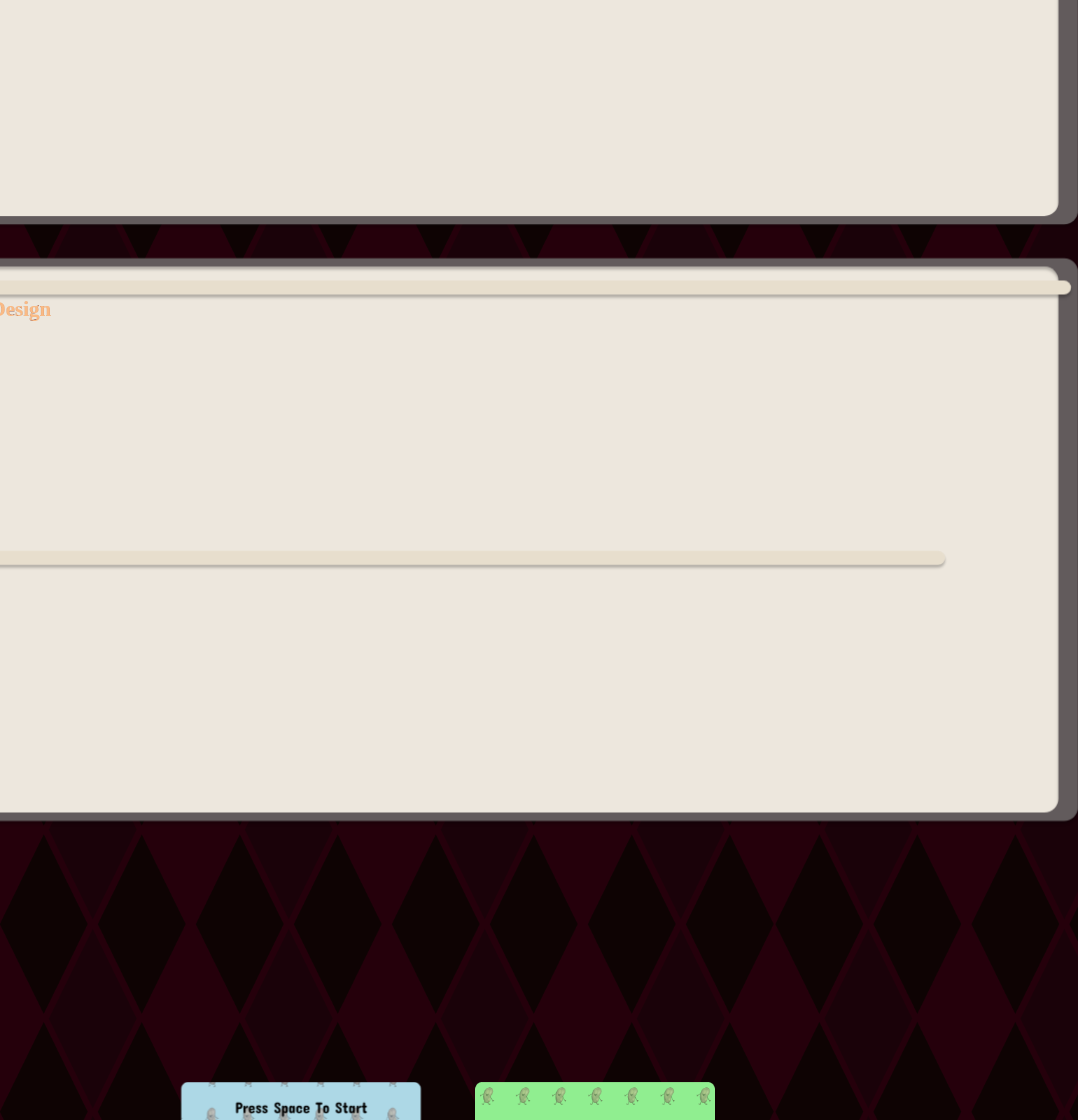
Repository: EMP-ChristinaC/Portfolio
Page: projects/potato-shuffle/potato.html
These files come from the project's save history. The page is drawn as it stood at one moment and after a run of saves; the edit follows.
The browser window is 1280 px wide. The page is 1540 px wide, so the pictures cover 1540 px, including what lies to the right of the window. The pictures show the part of the page from y = 1478 to 3078 px (the page is 6194 px tall), at 70% of full size.
Some web fonts or font styles are not loaded; a fallback is used.

Above is the page before, as saved 2024-12-08 19:54:35.

### projects/potato-shuffle/potato.html
<!DOCTYPE html>
<html lang="en">

<head>
    <meta charset="UTF-8">
    <meta name="viewport" content="width=device-width, initial-scale=1.0">
    <title>CC- Project Potato Shuffle</title>
    <!--- ////////////////// OUTSIDE STYLES //////////////////-->


    <!--- ///////////////// GOOGLE FONTS  ////////////////////-->
    <link rel="preconnect" href="https://fonts.googleapis.com">
    <link rel="preconnect" href="https://fonts.gstatic.com" crossorigin>
    <link
        href="https://fonts.googleapis.com/css2?family=Overlock:ital,wght@0,400;0,700;0,900;1,400;1,700;1,900&family=Vast+Shadow&display=swap"
        rel="stylesheet">

    <!--- /////////////// MY STYLES ////////////////-->

    <link rel="stylesheet" href="potato.css">
    <link rel="stylesheet" href="../../nav.css">
    <link rel="stylesheet" href="media-style-phone-potato.css">
    <link rel="stylesheet" href="../../media-style-two.css">
    <link rel="stylesheet" href="media-style-mac-potato.css">

    <!--- //////////////// FAVICON LINKS ///////////////////-->
    <link rel="shortcut icon" href="../../image/logo.png" type="image/x-icon">
    <link rel="icon" href="../../image/logo.png" type="image/x-icon">

</head>

<body class="home-potato">

    <!--- /////////////////////// NAVIGATION /////////////////////-->
    <header class="navigation">
        <img class="nav-background" src="../../image/nav-background.png"
            alt="A decor for the nav, it holds a logo with diamond patterns in the background.">


        <a href="../../index.html " class="nav-home">Stage</a>
        <a href="../../about-page/about.html" class="nav-about">Director</a>
        <a href="../../contact-page/contact.html" class="nav-contact">Contact</a>
        <a href="../../main-project-page/projects.html" class="nav-projects current">Projects</a>
    </header>


    <!--- /////////////////////// ARROW BUTTON /////////////////////-->
    <a href="../../projects/sniffle/sniffle.html"><img src="../../image/left-arrow.png" class="side-button-left" alt="A."></a>


    <a href="../../projects/smash-n-dash/smash.html"><img src="../../image/right-arrow.png" class="side-button-right" alt="A."></a>



    <!--- /////////////////////// BOX OUTLINE ///////////////////////-->
    <div class="box-outline-outside-potato-overview">
        <div class="box-outline-inside-potato-overview"></div>

        <!-- <div class="dia-left-potato">
            <img src="../../image/Dia-bottom-left.png"
                alt="A diamond pattern decor that is placed onto the bottom left of the box outline">
        </div>

        <div class="dia-right-potato">
            <img src="../../image/Dia-top-right.png"
                alt="A diamond pattern decor that is placed onto the bottom left of the box outline">
        </div> -->


    <div class="box-outline-paragraph-potato">
        <div class="details-potato">
            <h2>About:</h2>
            <p>
                A digital coding game inspired by Hot Potato and WarioWare. It takes elements from both games and with
                the help of Makey-Makey, it creates a fun interactive game.
                <!-- <br><br>
                Here are some images of the game. -->
            </p>
        </div>
    </div>


    <div class="box-outline-type-potato">
        <div class="type-potato">
            <p> Project Type:
                <br>
                Interactive Game
                <br><br>
                Date:
                <br>
                December 2023
                <br><br>
                Link:
                <br>
                <a href="https://emp-christinac.github.io/Potato-Shuffle/index.html">Github</a>
                <br><br>
                Role:
                <br>
                Lead Coder
            </p>
        </div>

<!-- <div class="type-two">
    <p>
        Link:
        <br>
        <a href="https://emp-christinac.github.io/Potato-Shuffle/index.html">Github</a>
        <br><br>
        Role:
        <br>
        Lead Coder
    </p>
</div> -->


        <!-- <div class="type-potato-phone">
            <p> Project Type:
                <br>
                Digital Game
                <br><br>
                Date:
                <br>
                December 2023
            </p>
        </div> -->

        <!-- <div class="type-potato-phone-two">
            <p>
                Link:
                <br>
                <a href="https://empxnifl.github.io/Potato-Shuffle/index.html">Github</a>
                <br><br>
                Role:
                <br>
                Lead Coder
            </p>
        </div> -->
    </div>

    <div class="box-outline-credit">
        <div class="credit">
            <p>Credit to:
                <br>
                Roman Lopez [Lead Designer]
                <br>
                Dominic Perron [Lead Interaction]
            </p>
        </div>

        <div class="mc-overview">
            <img src="../../image/Main-Screen.png" alt="A overview of the project Potato Shuffle.">
        </div>

    </div>




    <div class="box-outline-heading-potato">
        <div class="potato-title">
            <h1>Potato Shuffle</h1>
        </div>
    </div>
</div>
    <!--- ////////////////////////-->
    <div class="box-outline-outside-potato-play">
        <div class="box-outline-inside-potato-play"></div>

        <div>
            <div class="play">
                <p>
                </p>
            </div>

    </div>


    <!--- ////////////////////////-->

    <div class="box-outline-outside-potato-progress">
        <div class="box-outline-inside-potato-progress"></div>

        <!-- <div class="dia-left-two-potato">
            <img src="../../image/Dia-bottom-left.png"
                alt="A diamond pattern decor that is placed onto the bottom left of the box outline">
        </div>

        <div class="dia-right-two-potato">
            <img src="../../image/Dia-top-right.png"
                alt="A diamond pattern decor that is placed onto the bottom left of the box outline">
        </div> -->

        <div class="box-outline-heading-two-potato">
            <div class="heading-two">
                <h1>Menu Design</h1>
            </div>
        </div>
        <div class="box-outline-heading-three-potato">
            <div class="heading-three">
                <h1>Sprites</h1>
            </div>
        </div>

        <div class="potato-menu-one">
            <img src="../../image/Home.png" alt="The home screen of the project.">
        </div>


        <div class="potato-menu-two">
            <img src="../../image/Victory.png" alt="The victory screen of the project.">
        </div>

        <!--- ////////////////////////-->

        <div class="potato-sprites">
            <img src="../../image/potato_sway.gif" alt="A potato gif that shows the potato swaying left and right.">
        </div>


        <div class="potato-sprites-two">
            <img src="../../image/Fail.gif" alt="A explosion gif that says boom.">
        </div>

        <div class="potato-sprites-three">
            <img src="../../image/potato_flip.gif" alt="A potato gif that shows the potato fliping.">
        </div>



    </div>


    <!--- ////////////////////////-->

    <div class="box-outline-outside-potato">
        <div class="box-outline-inside-potato"></div>
        <!-- <div class="dia-left-three-potato">
            <img src="../../image/Dia-bottom-left.png"
                alt="A diamond pattern decor that is placed onto the bottom left of the box outline">
        </div>

        <div class="dia-right-three-potato">
            <img src="../../image/Dia-top-right.png"
                alt="A diamond pattern decor that is placed onto the bottom left of the box outline">
        </div> -->


        <div class="box-outline-heading-four-potato">
            <div class="heading-four-potato">
                <h1>Mini-Game Design</h1>
            </div>

            <div class="potato-event-one">
                <img src="../../image/Event-1.png" alt="One of five mini-game from the project. It shows a character running.">
            </div>

            <div class="potato-event-two">
                <img src="../../image/Event-2.png"
                    alt="One of five mini-game from the project. It shows a character shooting at a muffen.">
            </div>


            <div class="potato-event-three">
                <img src="../../image/Event-3.png"
                    alt="One of five mini-game from the project. It shows a potato dropping into a basket.">
            </div>

            <div class="potato-event-four">
                <img src="../../image/Event-4.png"
                    alt="One of five mini-game from the project. It shows a character digging up a potato.">
            </div>


            <div class="potato-event-five">
                <img src="../../image/Event-5.png" alt="One of five mini-game from the project. It shows a potato being peeled.">
            </div>

        </div>

    </div>

    <!--- ////////////////////////-->

    <div class="box-outline-outside-foot">
        <div class="box-outline-inside-foot"></div>

            <footer class="section">
                <p>© 2024 by Christina Chan. Powered and secured by Github</p>

                <div>
                    <a class="github" href="https://github.com/EMP-ChristinaC"> <img src="../../image/Github-icon.png"
                            alt="Github icon image."></a>

                    <a class="twitter" href="https://x.com/EMP_Nifl"> <img src="../../image/Twitter-Icon.png"
                            alt="Twitter icon image."></a>

                    <a class="discord" href="https://discordapp.com/users/456539039286165514"> <img src="../../image/discord-icon.webp"
                            alt="Discord icon image."></a>

                    <a class="linkedin" href="https://www.linkedin.com/in/christina-chan-290a29323/"> <img src="../../image/Linkedin-icon.webp"
                            alt="Linkedin icon image."></a>
                </div>

            </footer>
    </div>
    <!--- /////////////////////// DECOR  ///////////////////////-->


    <!-- <div class="left-curtain">
        <img src="../../image/curtains-left.png" alt="A curtain decor that is placed on the left side of the website.">
    </div>

    <div class="right-curtain">
        <img src="../../image/curtain-right.png" alt="A curtain decor that is placed on the right side of the website.">
    </div> -->

    <!--- /////////////////////// TEXT ///////////////////////-->


    <!--- /////////////////////// IMAGES ///////////////////////-->


    <!--- ////////////////////////-->




    <!--- ////////////////////////-->



</body>

</html>

### projects/potato-shuffle/potato.css

/*///////////////////////////////// Box Outline ////////////////////////////*/
.box-outline-outside-potato-overview,
.box-outline-outside-potato-progress,
.box-outline-outside-potato-play {
    width: 1800px;
    height: 804px;
    background: rgba(98, 91, 92);
    box-shadow: 0px 4px 4px rgba(0, 0, 0, 0.25);
    border-radius: 20px;
}

.box-outline-outside-potato-overview {
    position: absolute;
    top: 50%;
    left: 50%;
    transform: translate(-50%, -27%);
}

.box-outline-outside-potato-play {
    position: absolute;
    top: 50%;
    left: 50%;
    transform: translate(-50%, 79%);
}

.box-outline-outside-potato-progress {
    position: absolute;
    top: 50%;
    left: 50%;
    transform: translate(-50%, 56%);
}

/*//////////////////////////////////*/


.box-outline-outside-potato {
    width: 1800px;
    height: 990px;
    background: rgba(98, 91, 92);
    box-shadow: 0px 4px 4px rgba(0, 0, 0, 0.25);
    border-radius: 20px;
}

.box-outline-outside-potato {
    position: absolute;
    top: 50%;
    left: 50%;
    transform: translate(-50%, 2340px);
}



/*//////////////////////////////////////////////////////////////////////////////*/

.box-outline-inside-potato-overview,
.box-outline-inside-potato-progress,
.box-outline-inside-potato-play {
    width: 1745px;
    height: 780px;
    background: #EDE7DD;
    box-shadow: 0px 4px 4px rgba(0, 0, 0, 0.25) inset;
    border-radius: 20px;
}

.box-outline-inside-potato-play {
    position: absolute;
    top: 1.5%;
    left: 1.5%;
}

.box-outline-inside-potato-overview {
    position: absolute;
    top: 1.5%;
    left: 1.5%;
    /* transform: translate(-50%, -26.3%); */
}


.box-outline-inside-potato-progress {
    position: absolute;
    top: 1.5%;
    left: 1.5%;
    /* transform: translate(-50%, 84%); */
}


.box-outline-inside-potato {
    width: 1745px;
    height: 960px;
    background: #EDE7DD;
    box-shadow: 0px 4px 4px rgba(0, 0, 0, 0.25) inset;
    border-radius: 20px;
}

.box-outline-inside-potato {
    position: absolute;
    top: 1.5%;
    left: 1.5%;
    /* transform: translate(-50%, 1506px); */
}



/*///////////////////////////HEADING BOX////////////////////////////*/



.box-outline-heading-potato {
    width: 1700px;
    height: 20px;
    background: #E7DECD;
    box-shadow: 0px 4px 4px rgba(0, 0, 0, 0.25);
    border-radius: 20px;
    z-index: 1;
}

.box-outline-heading-potato {
    position: absolute;
    top: 28%;
    left: 50%;
    transform: translate(-50%, -920%);
}



.box-outline-heading-two-potato,
.box-outline-heading-three-potato,
.box-outline-heading-four-potato {
    width: 1700px;
    height: 20px;
    background: #E7DECD;
    box-shadow: 0px 4px 4px rgba(0, 0, 0, 0.25);
    border-radius: 20px;
    z-index: 1;
    position: absolute;

}

.box-outline-heading-two-potato {
    /* transform: translate(-50%, 1270%); */
    top: 4%;
    left: 5%;
}

.box-outline-heading-three-potato {
    /* transform: translate(-50%, 1900%); */
    top: 52%;
    left: -5%;
}

.box-outline-heading-four-potato {
    /* transform: translate(-50%, 2800%); */

}

.box-outline-heading-five-potato {
    /* transform: translate(-50%, 3450%); */

}

/*/////////////////////////////////////*/

.box-outline-paragraph-potato,
.box-outline-type-potato,
.box-outline-credit {
    /* background: #E7DECD;
    box-shadow: 0px 4px 4px rgba(0, 0, 0, 0.25);
    border-radius: 20px; */
    position: absolute;
    top: 50%;
    left: 30%;
}


.box-outline-paragraph-potato {
    width: 375px;
    height: 330px;
    transform: translate(-116%, -10%);
    z-index: 1;
}


.box-outline-type-potato {
    width: 375px;
    height: 200px;
    transform: translate(-116%, 90%);
    z-index: 1;
}

.box-outline-credit {
    width: 375px;
    height: 60px;
    transform: translate(-30%, 350%);
    z-index: 1;
}



/*/////////////////////////////////////*/

.box-outline-outside-foot {
    width: 100%;
    height: 200px;
    background: rgba(98, 91, 92);
    box-shadow: 0px 4px 4px rgba(0, 0, 0, 0.25);
    border-radius: 20px 20px 0 0;
    position: absolute;
    top: 50%;
    left: 50%;
    transform: translate(-50%, 1690%);
}

/*/////////////////////////////////////*/

.box-outline-inside-foot {
    width: 99%;
    height: 185px;
    position: absolute;
    background: #EDE7DD;
    box-shadow: 0px 4px 4px rgba(0, 0, 0, 0.25) inset;
    border-radius: 20px 20px 0 0;
    position: absolute;
    /* transform: translate(-50%, 1359%); */
    top: 8%;
    left: 0.5%;
}



/*///////////////////////////////// Decor ////////////////////////////*/

.dia-left-potato img {
    position: absolute;
    top: 27%;
    left: 50%;
    transform: translate(-384%, 205%);
}

.dia-right-potato img {
    position: absolute;
    top: 27%;
    right: 50%;
    transform: translate(385%, -107%);
}

/*//////////////////////////////////////////////////////////////////////*/

.dia-left-two-potato img {
    position: absolute;
    top: -80%;
    left: 50%;
    transform: translate(-384%, 656%);
}

.dia-right-two-potato img {
    position: absolute;
    top: -80%;
    right: 50%;
    transform: translate(385%, 344%);
}

/*/////////////////////////////////////*/

.dia-left-three-potato img {
    position: absolute;
    top: -186%;
    left: 50%;
    transform: translate(-384%, 1378%);
}

.dia-right-three-potato img {
    position: absolute;
    top: -186%;
    right: 50%;
    transform: translate(385%, 972%);
}

/*/////////////////////////////////////*/

.left-curtain {
    position: fixed;
    top: 0%;
    left: 11%;
    transform: translate(-100%);
}

.right-curtain {
    position: fixed;
    top: 0%;
    right: 11%;
    transform: translate(100%);
}

/*///////////////////////////////// Heading Text ////////////////////////////*/

.potato-title {
    width: 827px;
    text-align: center;
    color: #FABA84;
    font-size: 25px;
    font-family: Vast Shadow;
    font-weight: 400;
    -webkit-text-stroke: 0.1px #4C0B13;
    z-index: 1;
}

.potato-title {
    position: absolute;
    top: -20%;
    left: -9%;
    /* transform: translate(-50%, -320%); */
}


.heading-two,
.heading-three,
.heading-four-potato {
    width: 827px;
    text-align: center;
    color: #FABA84;
    font-family: Vast Shadow;
    font-weight: 400;
    -webkit-text-stroke: 0.1px #4C0B13;
    z-index: 1;
    position: absolute;
    top: 20%;
    left: -15%;
    font-size: 15px;
}



/*///////////////////////////////// Paragraph Text ////////////////////////////*/

.details-potato p,
.details-potato h2,
.type-potato p,
.type-two p,
.credit p {
    color: #1E1E1E;
    font-family: Overlock;
    font-weight: 900;

}
.details-potato h2 {
    width: 600px;
    font-size: 35px;
    line-height: 32px;
    letter-spacing: 2px;
    position: absolute;
    top: -70%;
    left: 5%;
    z-index: 1;
}

.details-potato p {
    width: 600px;
    font-size: 25px;
    line-height: 32px;
    letter-spacing: 2px;
    position: absolute;
    top: -55%;
    left: 5%;
    z-index: 1;
    /* transform: translate(-90%, -28%); */

}

.type-potato p {
    width: 440px;
    font-size: 25px;
    line-height: 28px;
    letter-spacing: 2px;
    position: absolute;
    top: -100%;
    left: 5%;
    /* transform: translate(-95%, 105%); */
    z-index: 1;

}

.type-two p {
    width: 440px;
    font-size: 25px;
    line-height: 28px;
    letter-spacing: 2px;
    position: absolute;
    top: 0%;
    left: 64%;
    /* transform: translate(-42%, 420%); */
    z-index: 1;
}

.credit p {
    width: 440px;
    font-size: 25px;
    line-height: 32px;
    letter-spacing: 2px;
    position: absolute;
    top: -385%;
    left: 5%;
    /* transform: translate(-42%, 420%); */
    z-index: 1;
}





/*/////////////////////////////////////*/

footer.section {
    text-align: center;
    color: black;
    font-size: 14px;
    font-family: Overlock;
    font-weight: 400;

    width: 500px;
    position: absolute;
    top: 50%;
    left: 50%;
    transform: translate(-53%, 80%);

}

footer.section p {
    width: 100%;
    height: 100%;
    transform: translate(1%, 35%);
}


/*///////////////////////////////// Images ////////////////////////////*/


.mc-overview {
    width: 775px;
    height: 675px;
    position: absolute;
    top: -750%;
    left: 155%;
    overflow: hidden;
    box-shadow: 0px 4px 4px rgba(0, 0, 0, 0.25);
    border-radius: 30px;
    transform: translate(-8%, -11%);
    }



.mc-overview img {
    width: 100%;
    height: 105%;
    object-fit: cover;
    transform: translate(-0%, 0%);

    transition: all 0.3s ease-in-out;
}


.potato {
    width: 258px;
    height: 547px;
    box-shadow: 0px 4px 4px rgba(0, 0, 0, 0.25);
    border-radius: 20px;
    background-position: center;

    position: absolute;
    top: 50%;
    left: 50%;
    transform: translate(70%, 302%);
}

.potato-projects {
    width: 258px;
    height: 547px;
    box-shadow: 0px 4px 4px rgba(0, 0, 0, 0.25);
    border-radius: 20px;
    background-position: center;

    position: absolute;
    top: 50%;
    left: 50%;
    transform: translate(70%, -5%);
}

.potato-menu-one img {
    width: 350px;
    height: 250px;
    position: absolute;
    top: 50%;
    left: 50%;
    transform: translate(-110%, 310%);
}

.potato-menu-two img {
    width: 350px;
    height: 250px;
    position: absolute;
    top: 50%;
    left: 50%;
    transform: translate(10%, 310%);
}


.potato-sprites img {
    width: 300px;
    height: 300px;
    position: absolute;
    top: 50%;
    left: 50%;
    transform: translate(-150%, 370%);
}

.potato-sprites-two img {
    width: 300px;
    height: 300px;
    position: absolute;
    top: 50%;
    left: 50%;
    transform: translate(-50%, 370%);
}

.potato-sprites-three img {
    width: 300px;
    height: 300px;
    position: absolute;
    top: 50%;
    left: 50%;
    transform: translate(50%, 370%);
}

.potato-event-one img {
    width: 409px;
    height: 266px;
    position: absolute;
    top: 50%;
    left: 50%;
    transform: translate(-105%, 610%);
}

.potato-event-two img {
    width: 409px;
    height: 266px;
    position: absolute;
    top: 50%;
    left: 50%;
    transform: translate(4%, 610%);
}

.potato-event-three img {
    width: 409px;
    height: 266px;
    position: absolute;
    top: 50%;
    left: 50%;
    transform: translate(-105%, 715%);
}

.potato-event-four img {
    width: 409px;
    height: 266px;
    position: absolute;
    top: 50%;
    left: 50%;
    transform: translate(4%, 715%);
}

.potato-event-five img {
    width: 409px;
    height: 266px;
    position: absolute;
    top: 50%;
    left: 50%;
    transform: translate(-105%, 820%);
}

/*/////////////////////////////////////*/
.github {
    width: 45px;
    height: 45px;
    position: absolute;
    top: 50%;
    left: 50%;
    overflow: hidden;
    box-shadow: 0px 4px 4px rgba(0, 0, 0, 0.25);
    border-radius: 30px;
    transform: translate(-250%, -180%);
}

.github img {
    width: 100%;
    height: 100%;
    object-fit: cover;
    transition: all 0.3s ease-in-out;
    transform: translate(0%, 0%);
}

.twitter {
    width: 45px;
    height: 45px;
    position: absolute;
    top: 50%;
    left: 50%;
    overflow: hidden;
    box-shadow: 0px 4px 4px rgba(0, 0, 0, 0.25);
    border-radius: 30px;
    transform: translate(-100%, -180%);
}

.twitter img {
    width: 100%;
    height: 100%;
    object-fit: cover;
    transition: all 0.3s ease-in-out;
    transform: translate(-0%, -0%);
}


.discord {
    width: 45px;
    height: 45px;
    position: absolute;
    top: 50%;
    left: 50%;
    overflow: hidden;
    box-shadow: 0px 4px 4px rgba(0, 0, 0, 0.25);
    border-radius: 30px;
    transform: translate(50%, -180%);
}

.discord img {
    width: 100%;
    height: 100%;
    object-fit: cover;
    transition: all 0.3s ease-in-out;
    transform: translate(-0%, -0%);
}


.linkedin {
    width: 45px;
    height: 45px;
    position: absolute;
    top: 50%;
    left: 50%;
    overflow: hidden;
    box-shadow: 0px 4px 4px rgba(0, 0, 0, 0.25);
    border-radius: 30px;
    transform: translate(200%, -180%);
}

.linkedin img {
    width: 100%;
    height: 100%;
    object-fit: cover;
    transition: all 0.3s ease-in-out;
    transform: translate(-0%, -0%);
}

Loaded but not shown: projects/potato-shuffle/media-style-phone-potato.css (424 lines, source omitted); nav.css (208 lines, source omitted); projects/potato-shuffle/media-style-mac-potato.css (93 lines, source omitted); media-style-two.css (11 lines, source omitted)

After the next 11 saves:
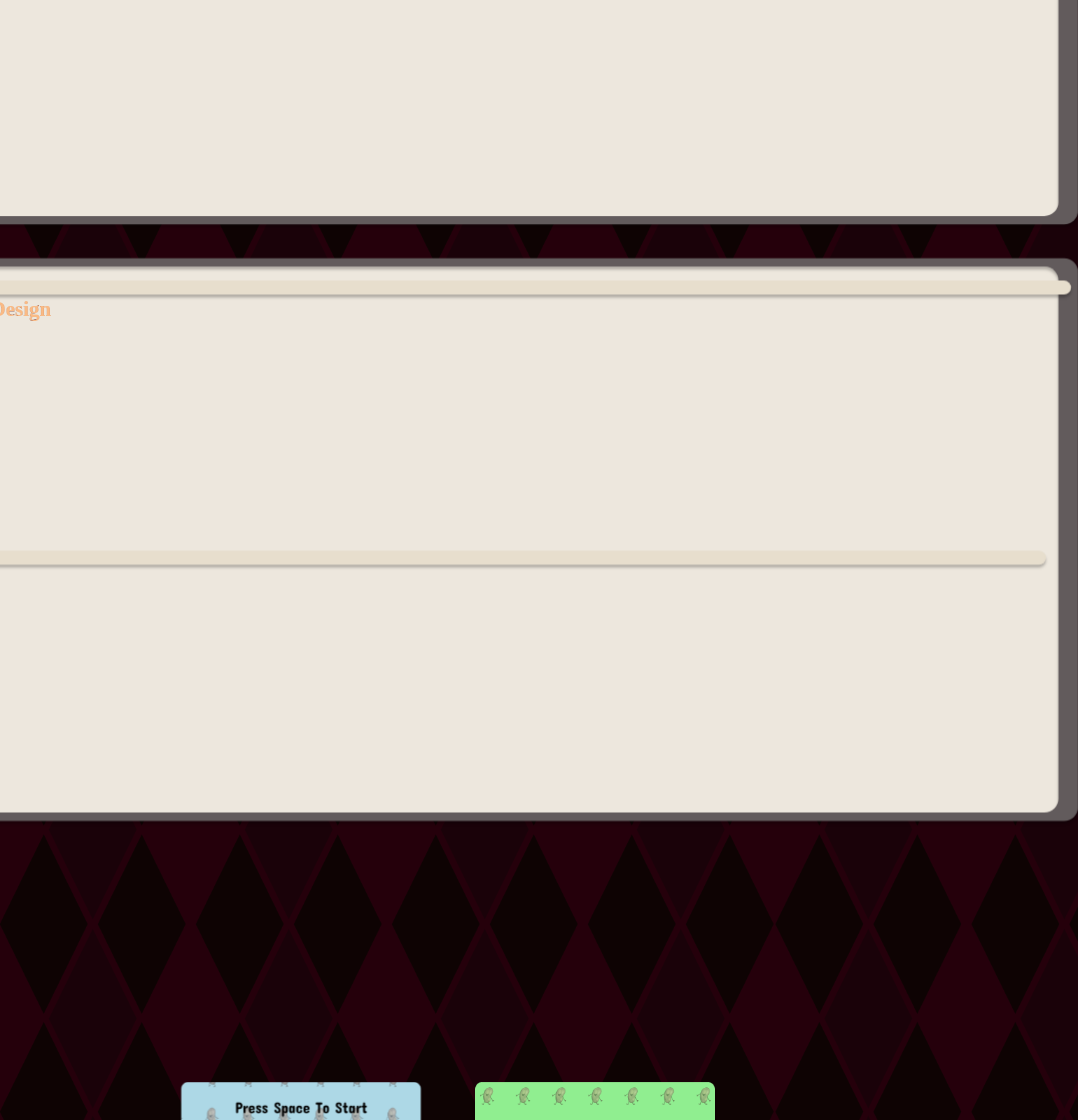
The 11 saves are shown as one change because they came seconds apart.
The last was saved 25 s later.
--- a/projects/potato-shuffle/potato.css
+++ b/projects/potato-shuffle/potato.css
@@ -146,7 +146,7 @@
 .box-outline-heading-three-potato {
     /* transform: translate(-50%, 1900%); */
     top: 52%;
-    left: -5%;
+    left: 3%;
 }
 
 .box-outline-heading-four-potato {
